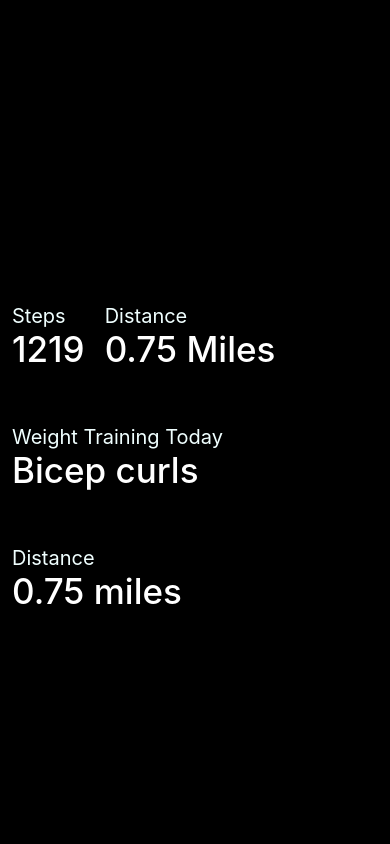
Repository: JamesPesenti/JiMTracker
Screen: /
The author's editor kept a copy of each file at every save. The screen is drawn from the files as they stood at one save, then again after a run of saves.
The app was drawn by React Native's web renderer in a window 390 px wide. The project was rebuilt for these pictures with package versions that can differ from the ones it lists, and the page was loaded fresh each time.

Above is the screen before, as saved 2023-06-16 12:28:47.

### App.tsx
import { StatusBar } from 'expo-status-bar';
import { StyleSheet, Text, View } from 'react-native';

type ValueProps = {
  label: string;
  value: string;
}

const Value = ({ label, value }: ValueProps) => {
  return (
    <>
     <View>
      <Text style={styles.label}>{label}</Text>
      <Text style={styles.amount}>{value}</Text>
     </View>
    </>
  )
}


export default function App() {
  return (
    <View style={styles.container}>
      <Text>JIMtracker</Text>
       <View style={{flexDirection: "row", gap: 20}}>
          <Value label="Steps" value="1219" />
          <Value label="Distance" value="0.75 Miles" />
       </View>
          {/* Training */}
           <View>
              <Text style={styles.label}>Weight Training Today</Text>
              <Text style={styles.amount}>Bicep curls</Text>
           </View>

        <View style={{flexDirection: 'row'}}>
          {/* Distance */}
          <View>
              <Text style={styles.label}>Distance</Text>
              <Text style={styles.amount}>0.75 miles</Text>
          </View>
        </View>
      <StatusBar style="auto" />
    </View>
  );
}

const styles = StyleSheet.create({
  container: {
    flex: 1,
    backgroundColor: 'black',
    justifyContent: 'center',
    padding: 12,
    marginHorizontal: 0,
    gap: 55,
    columnGap: 50
  },
  label: {
    color: "azure",
    fontSize: 20,
  },
  amount: {
    color: "white",
    fontSize: 35,
    fontWeight: "500"
  }
});

After the next 3 saves:
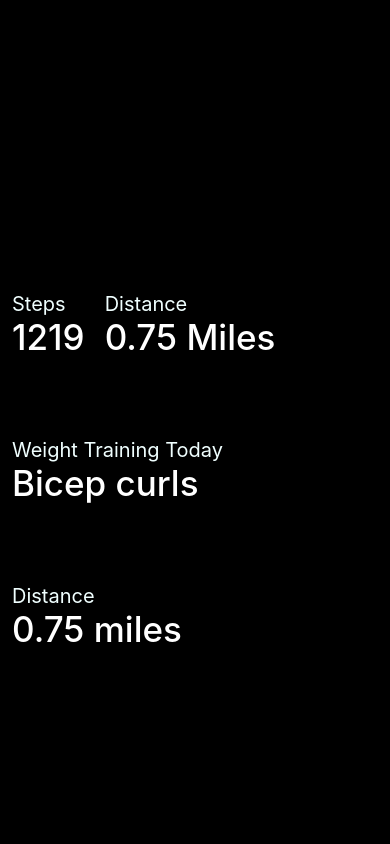
The 3 saves are shown as one change because they came seconds apart.
The last was saved 26 s later.
--- a/App.tsx
+++ b/App.tsx
@@ -51,8 +51,8 @@ const styles = StyleSheet.create({
     justifyContent: 'center',
     padding: 12,
     marginHorizontal: 0,
-    gap: 55,
-    columnGap: 50
+    rowGap: 80,
+    columnGap: 25
   },
   label: {
     color: "azure",
